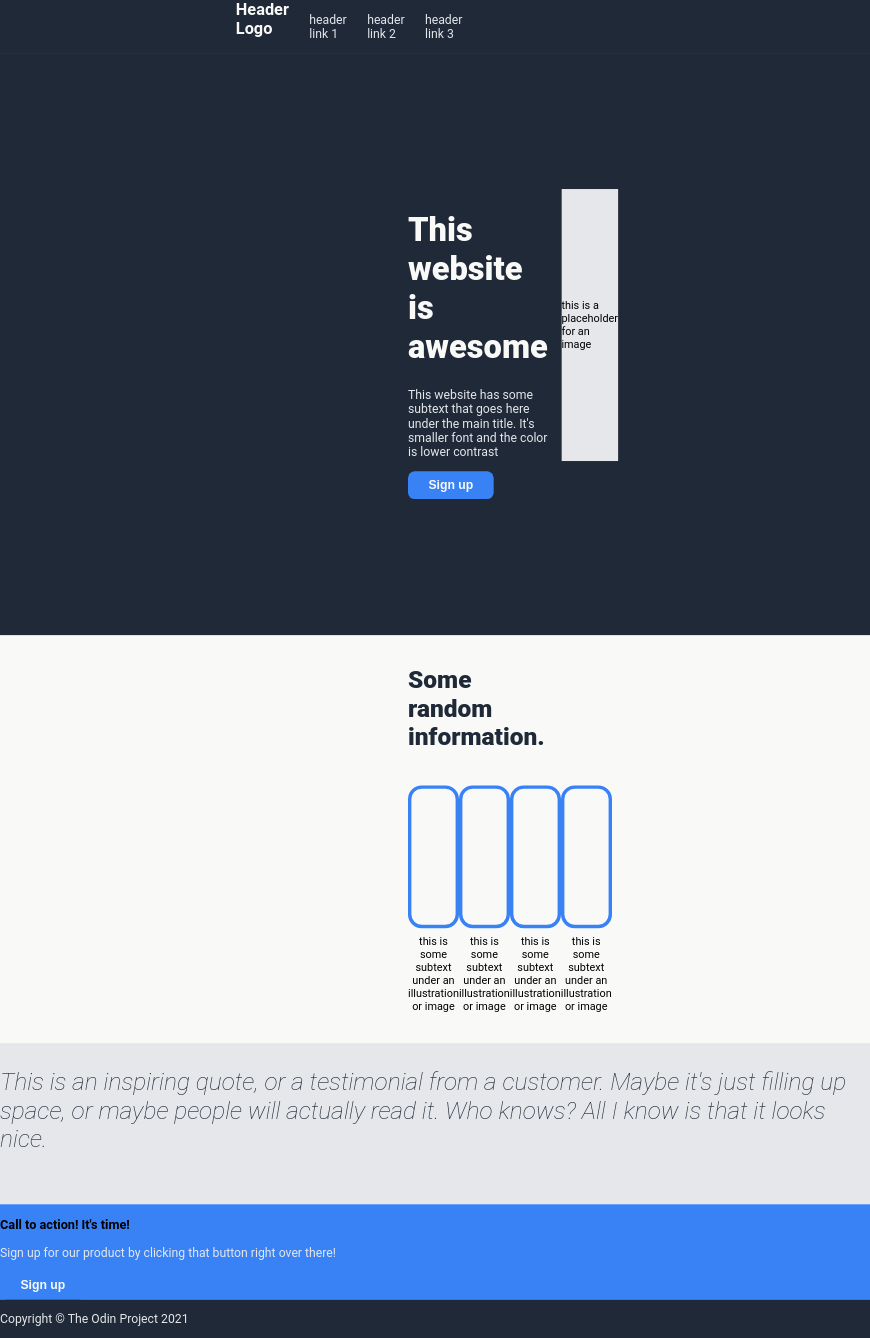
Repository: rsoetydev/landing-page
Page: index.html
An editor plug-in stored every save of this project. The page is shown before and after the next save, followed by the edit.
The browser window is 1280 px wide. The pictures show the whole page, at 68% of full size.

Above is the page before, as saved 2023-11-28 10:31:40.

After the next save:
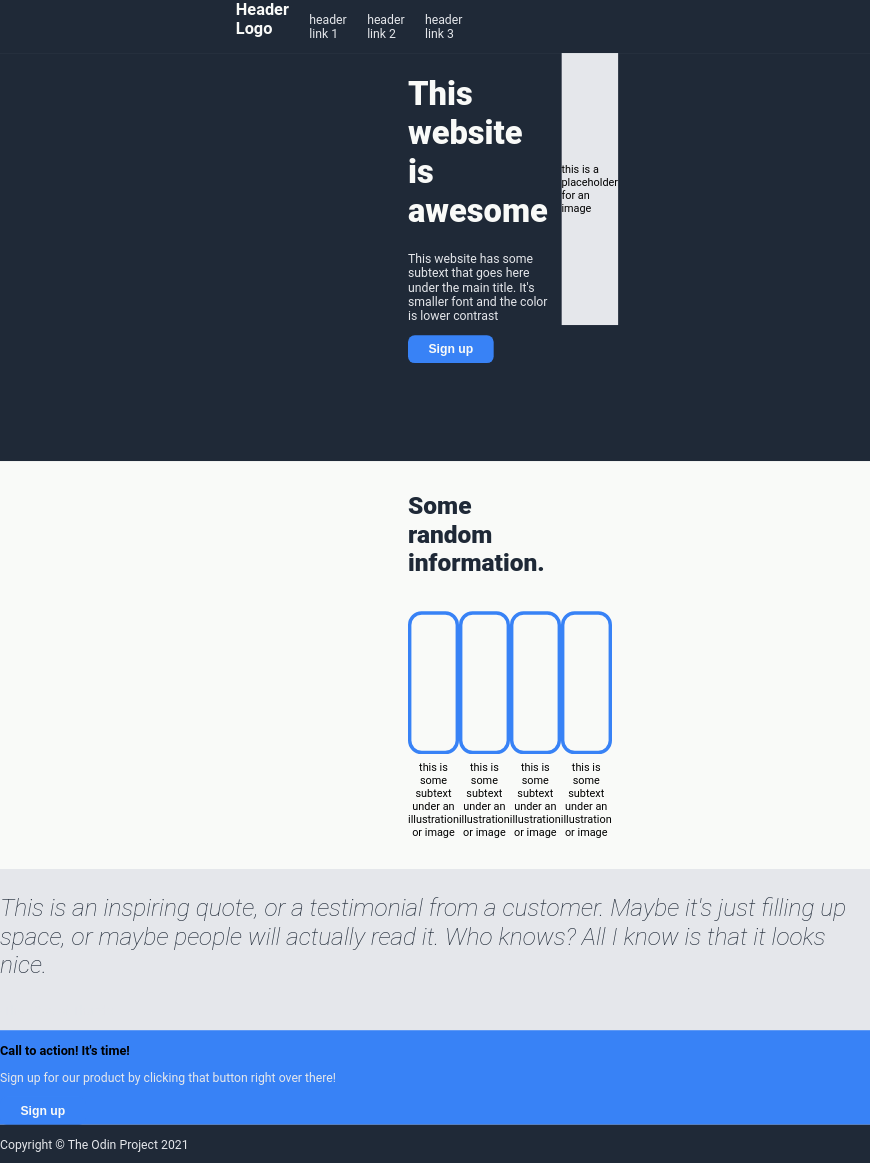
Saved 19 s later.
--- a/style.css
+++ b/style.css
@@ -74,7 +74,8 @@ button{
 .hero{
     display:flex;
     background-color: var(--dark);
-    padding: 200px 600px;
+    padding: 0px 600px;
+    height: 600px;
     justify-content:space-between;
     gap: 20px;
 }
